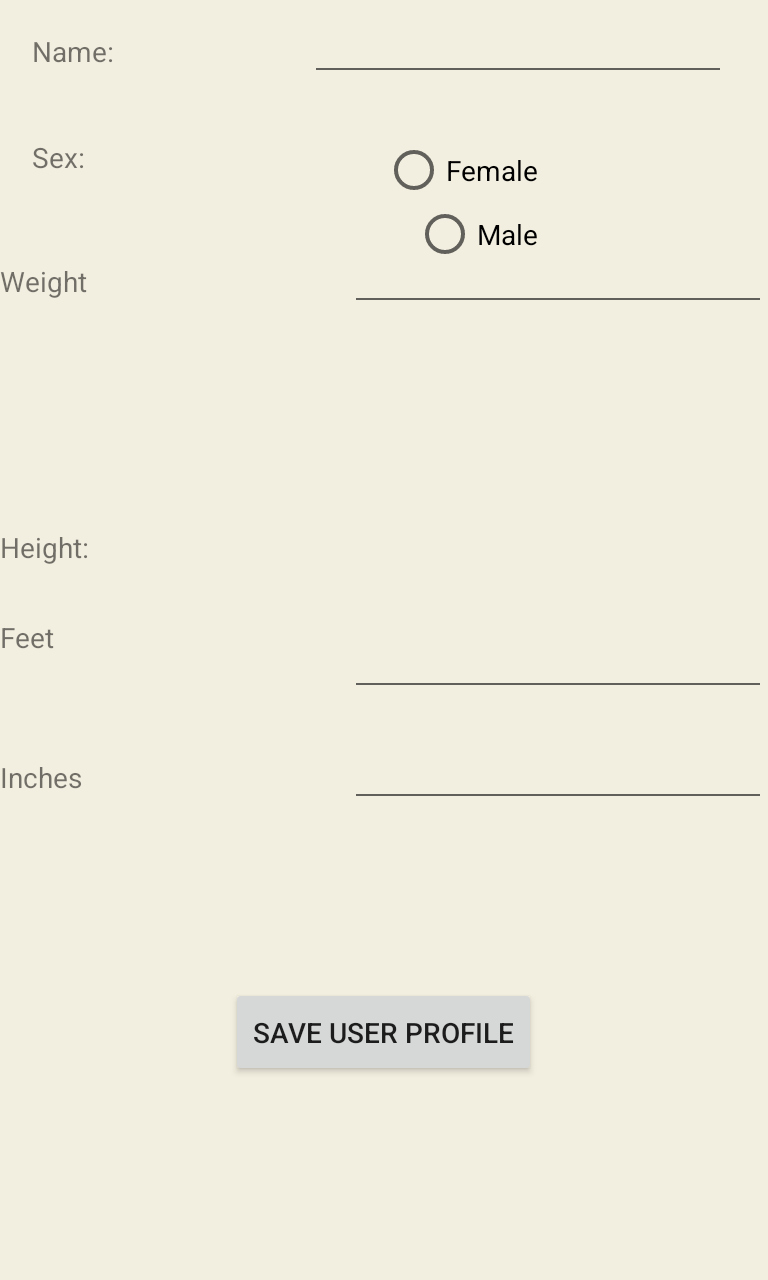
Repository: CS185Wingman/wingman
Layout: Workspace/wingman/res/layout/user_settings.xml
An editor plug-in stored every save of this project. The layout is shown before and after the next save, followed by the edit.
It is drawn on a 768 x 1280 px phone screen (xhdpi) without system bars, with theme AppTheme; the app's code is not run.

Above is the layout before, as saved 2014-06-06 05:44:23.

### Workspace/wingman/res/layout/user_settings.xml
<?xml version="1.0" encoding="utf-8"?>
<RelativeLayout xmlns:android="http://schemas.android.com/apk/res/android"
    android:layout_width="wrap_content"
    android:layout_height="wrap_content"
    android:background="@color/offwhite" >

    <TextView
        android:id="@+id/nameLabel"
        android:layout_width="wrap_content"
        android:layout_height="wrap_content"
        android:layout_alignParentLeft="true"
        android:layout_alignParentTop="true"
        android:layout_marginLeft="16dp"
        android:layout_marginTop="16dp"
        android:text="Name:" />

    <EditText
        android:id="@+id/nameField"
        android:layout_width="wrap_content"
        android:layout_height="wrap_content"
        android:layout_alignBaseline="@+id/nameLabel"
        android:layout_alignBottom="@+id/nameLabel"
        android:layout_alignParentRight="true"
        android:layout_marginRight="20dp"
        android:ems="10"
        android:inputType="textPersonName" />

    <TextView
        android:id="@+id/sexLabel"
        android:layout_width="wrap_content"
        android:layout_height="wrap_content"
        android:layout_alignLeft="@+id/nameLabel"
        android:layout_below="@+id/nameField"
        android:layout_marginTop="26dp"
        android:text="Sex:" />

    <RadioGroup
        android:layout_width="fill_parent"
        android:layout_height="wrap_content"
        android:orientation="vertical" >
    </RadioGroup>

    <TextView
        android:id="@+id/inchesLabel"
        android:layout_width="wrap_content"
        android:layout_height="wrap_content"
        android:layout_alignBaseline="@+id/inchesField"
        android:layout_alignBottom="@+id/inchesField"
        android:layout_alignLeft="@+id/feetLabel"
        android:text="Inches" />

    <TextView
        android:id="@+id/weightLabel"
        android:layout_width="wrap_content"
        android:layout_height="wrap_content"
        android:layout_alignParentLeft="true"
        android:layout_below="@+id/sexLabel"
        android:layout_marginTop="43dp"
        android:text="Weight" />

    <EditText
        android:id="@+id/weightField"
        android:layout_width="wrap_content"
        android:layout_height="wrap_content"
        android:layout_alignBaseline="@+id/weightLabel"
        android:layout_alignBottom="@+id/weightLabel"
        android:layout_alignParentRight="true"
        android:ems="10"
        android:inputType="number" >
        />
    </EditText>

    <TextView
        android:id="@+id/feetLabel"
        android:layout_width="wrap_content"
        android:layout_height="wrap_content"
        android:layout_alignParentLeft="true"
        android:layout_alignTop="@+id/heightField"
        android:text="Feet" />

    <EditText
        android:id="@+id/inchesField"
        android:layout_width="wrap_content"
        android:layout_height="wrap_content"
        android:layout_above="@+id/saveSettingsButton"
        android:layout_alignParentRight="true"
        android:layout_marginBottom="86dp"
        android:ems="10"
        android:inputType="number" />

    <EditText
        android:id="@+id/heightField"
        android:layout_width="wrap_content"
        android:layout_height="wrap_content"
        android:layout_above="@+id/inchesField"
        android:layout_alignParentRight="true"
        android:layout_marginBottom="14dp"
        android:ems="10"
        android:inputType="number" />

    <TextView
        android:id="@+id/heightLabel"
        android:layout_width="wrap_content"
        android:layout_height="wrap_content"
        android:layout_above="@+id/feetLabel"
        android:layout_alignParentLeft="true"
        android:layout_marginBottom="26dp"
        android:text="Height:" />

    <Button
        android:id="@+id/saveSettingsButton"
        android:layout_width="wrap_content"
        android:layout_height="wrap_content"
        android:layout_alignParentBottom="true"
        android:layout_centerHorizontal="true"
        android:layout_marginBottom="100dp"
        android:onClick="saveUserSettings"
        android:text="Save User Profile" />

    <RadioButton
        android:id="@+id/femaleButton"
        android:layout_width="wrap_content"
        android:layout_height="wrap_content"
        android:layout_alignRight="@+id/saveSettingsButton"
        android:layout_alignTop="@+id/sexLabel"
        android:text="Female" />

    <RadioButton
        android:id="@+id/maleButton"
        android:layout_width="wrap_content"
        android:layout_height="wrap_content"
        android:layout_alignRight="@+id/saveSettingsButton"
        android:layout_below="@+id/femaleButton"
        android:text="Male" />

</RelativeLayout>

### Workspace/wingman/res/values/colors.xml
<?xml version="1.0" encoding="utf-8"?>
<resources>
    <color name="red">#ff0000</color>
    <color name="green">#00ff00</color>
    <color name="orange">#ff6600</color>
    <color name="blue">#0066FF</color>
    <color name="grey">#696969</color>
    <color name="teal">#217c7e</color>
    <color name="offwhite">#f3efe0</color>
    <color name="lightblue">#3399ff</color>
    <color name="darkred">#9a3334</color>
    <color name="white">#ffffff</color>
</resources>

Loaded but not shown: Workspace/wingman/res/values/styles.xml (common file); Workspace/wingman/res/values-v11/styles.xml (common file); Workspace/wingman/res/values-v14/styles.xml (common file)

After the next save:
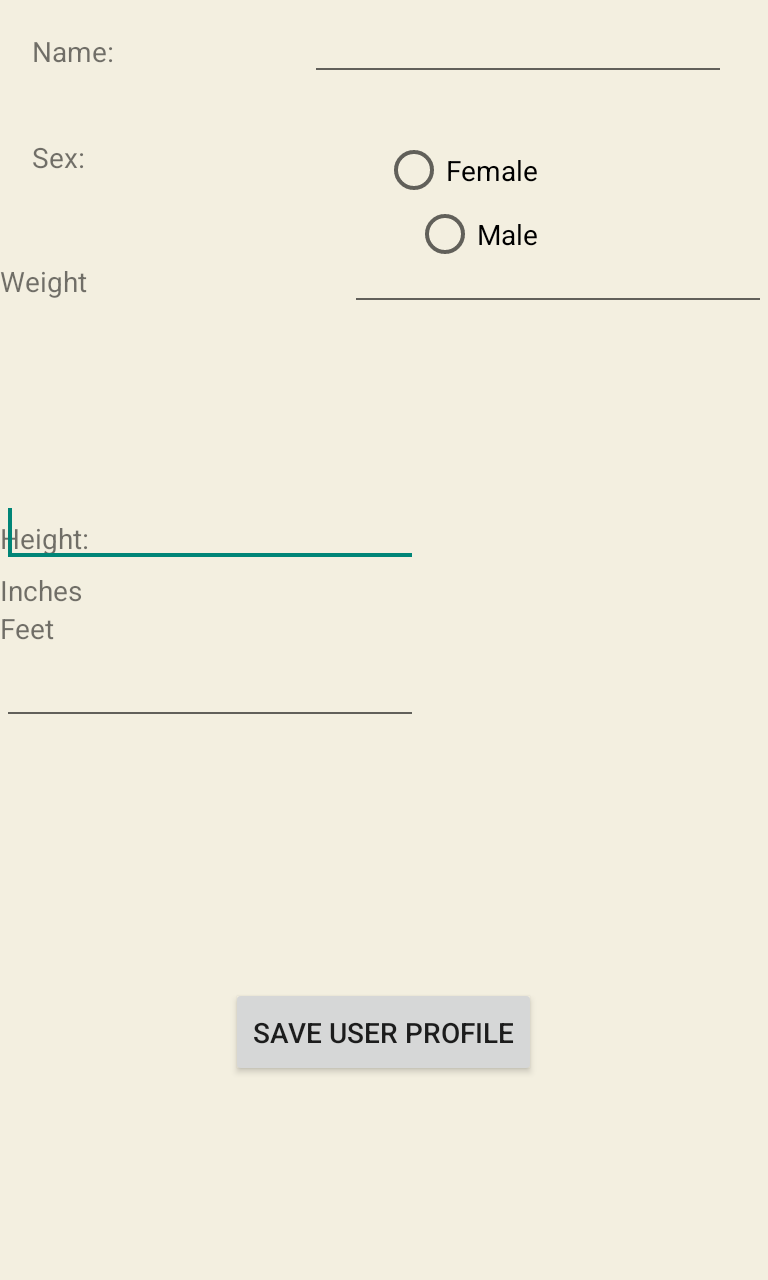
Saved 27 s later.
--- a/Workspace/wingman/res/layout/user_settings.xml
+++ b/Workspace/wingman/res/layout/user_settings.xml
@@ -41,15 +41,6 @@
     </RadioGroup>
 
     <TextView
-        android:id="@+id/inchesLabel"
-        android:layout_width="wrap_content"
-        android:layout_height="wrap_content"
-        android:layout_alignBaseline="@+id/inchesField"
-        android:layout_alignBottom="@+id/inchesField"
-        android:layout_alignLeft="@+id/feetLabel"
-        android:text="Inches" />
-
-    <TextView
         android:id="@+id/weightLabel"
         android:layout_width="wrap_content"
         android:layout_height="wrap_content"
@@ -69,34 +60,6 @@
         android:inputType="number" >
         />
     </EditText>
-
-    <TextView
-        android:id="@+id/feetLabel"
-        android:layout_width="wrap_content"
-        android:layout_height="wrap_content"
-        android:layout_alignParentLeft="true"
-        android:layout_alignTop="@+id/heightField"
-        android:text="Feet" />
-
-    <EditText
-        android:id="@+id/inchesField"
-        android:layout_width="wrap_content"
-        android:layout_height="wrap_content"
-        android:layout_above="@+id/saveSettingsButton"
-        android:layout_alignParentRight="true"
-        android:layout_marginBottom="86dp"
-        android:ems="10"
-        android:inputType="number" />
-
-    <EditText
-        android:id="@+id/heightField"
-        android:layout_width="wrap_content"
-        android:layout_height="wrap_content"
-        android:layout_above="@+id/inchesField"
-        android:layout_alignParentRight="true"
-        android:layout_marginBottom="14dp"
-        android:ems="10"
-        android:inputType="number" />
 
     <TextView
         android:id="@+id/heightLabel"
@@ -133,4 +96,42 @@
         android:layout_below="@+id/femaleButton"
         android:text="Male" />
 
+    <EditText
+        android:id="@+id/heightField"
+        android:layout_width="wrap_content"
+        android:layout_height="wrap_content"
+        android:layout_alignParentLeft="true"
+        android:layout_below="@+id/weightField"
+        android:layout_marginTop="86dp"
+        android:ems="10"
+        android:inputType="number" >
+
+        <requestFocus />
+    </EditText>
+
+    <TextView
+        android:id="@+id/inchesLabel"
+        android:layout_width="wrap_content"
+        android:layout_height="wrap_content"
+        android:layout_alignParentLeft="true"
+        android:layout_below="@+id/heightField"
+        android:text="Inches" />
+
+    <TextView
+        android:id="@+id/feetLabel"
+        android:layout_width="wrap_content"
+        android:layout_height="wrap_content"
+        android:layout_alignParentLeft="true"
+        android:layout_below="@+id/inchesLabel"
+        android:text="Feet" />
+
+    <EditText
+        android:id="@+id/inchesField"
+        android:layout_width="wrap_content"
+        android:layout_height="wrap_content"
+        android:layout_alignParentLeft="true"
+        android:layout_below="@+id/feetLabel"
+        android:ems="10"
+        android:inputType="number" />
+
 </RelativeLayout>
